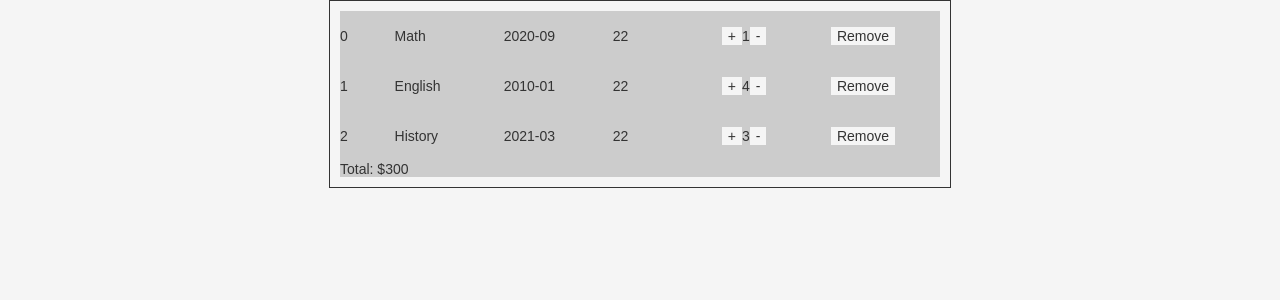
Repository: vgg1kkh/myBookStoreBasket
Page: /
These files come from the project's save history. The page is drawn as it stood at one moment and after the next save; the edit follows.
The browser window is 1280 px wide. The pictures show the whole page.
The project was rebuilt for these pictures with package versions that can differ from the ones it lists, and the page was loaded fresh each time.

Above is the page before, as saved 2021-10-07 08:15:22.

After the next save:
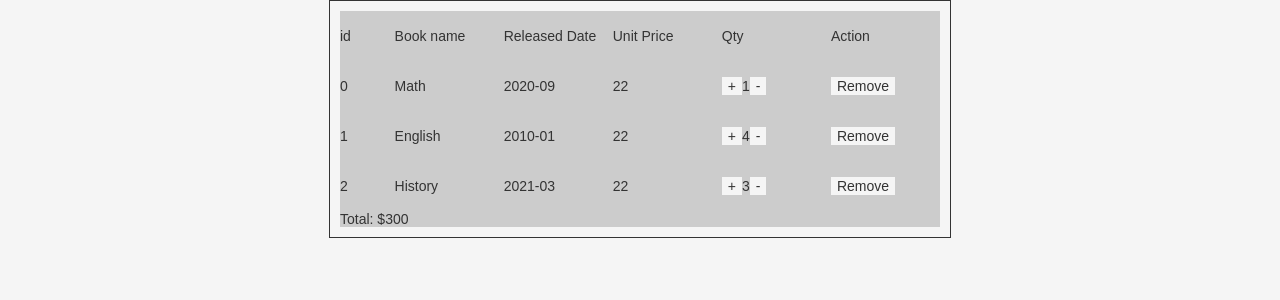
Saved 13 s later.
--- a/src/App.js
+++ b/src/App.js
@@ -27,7 +27,14 @@ function App() {
     <>
       <div className="box">
         <ul className="books-wrapper">
-
+        <li className="item-wrapper">
+<li className="item-column">id</li>
+<li className="item-column">Book name</li>
+<li className="item-column">Released Date</li>
+<li className="item-column">Unit Price</li>
+<li className="item-column">Qty</li>
+<li className="item-column">Action</li>
+</li>
 
           {bookList.map((item, index) => {
             return (
